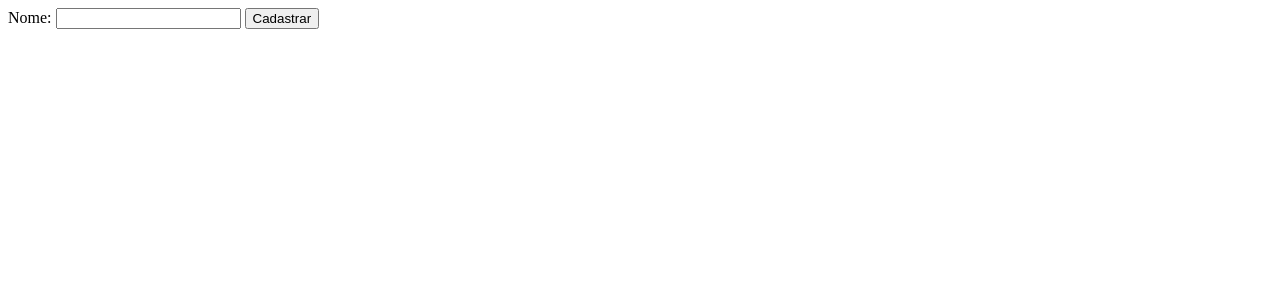
Repository: mayconnnm/Servlet
Page: Gerenciador/WebContent/formNovaEmpresa.html
An editor plug-in stored every save of this project. The page is shown before and after the next save, followed by the edit.
The browser window is 1280 px wide. The pictures show the whole page.

Above is the page before, as saved 2020-04-03 17:00:55.

### Gerenciador/WebContent/formNovaEmpresa.html
<!DOCTYPE html>
<html>
<head>
<meta charset="ISO-8859-1">
<title>Insert title here</title>
</head>
<body>

	<form action="Gerenciador/novaEmpresa">
		<div>
			<label>Nome:</label>
			<input type="text" name="nome">
			<button>Cadastrar</button>
		</div>
	</form>

</body>
</html>

After the next save:
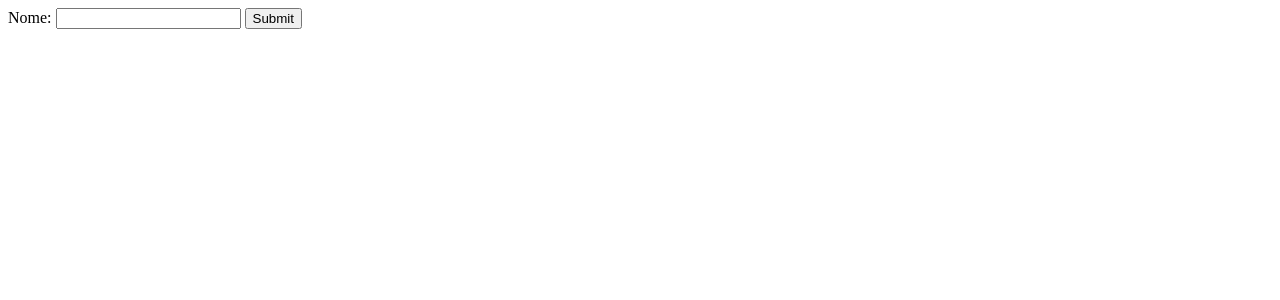
Saved 3 h 24 min later.
--- a/Gerenciador/WebContent/formNovaEmpresa.html
+++ b/Gerenciador/WebContent/formNovaEmpresa.html
@@ -10,7 +10,7 @@
 		<div>
 			<label>Nome:</label>
 			<input type="text" name="nome">
-			<button>Cadastrar</button>
+			<input type="submit">
 		</div>
 	</form>
 
